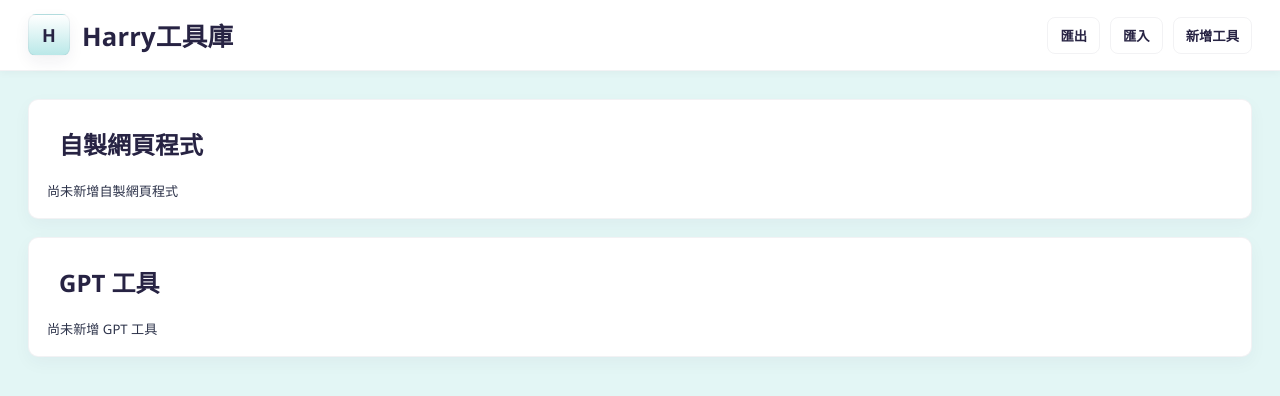
Repository: Harry985991/bmcvibecoding
Page: personal_tool_portal.html
The author's editor kept a copy of each file at every save. The page is drawn from the files as they stood at one save, then again after the next save.
The browser window is 1280 px wide. The pictures show the whole page.

Above is the page before, as saved 2025-08-22 22:54:07.

After the next save:
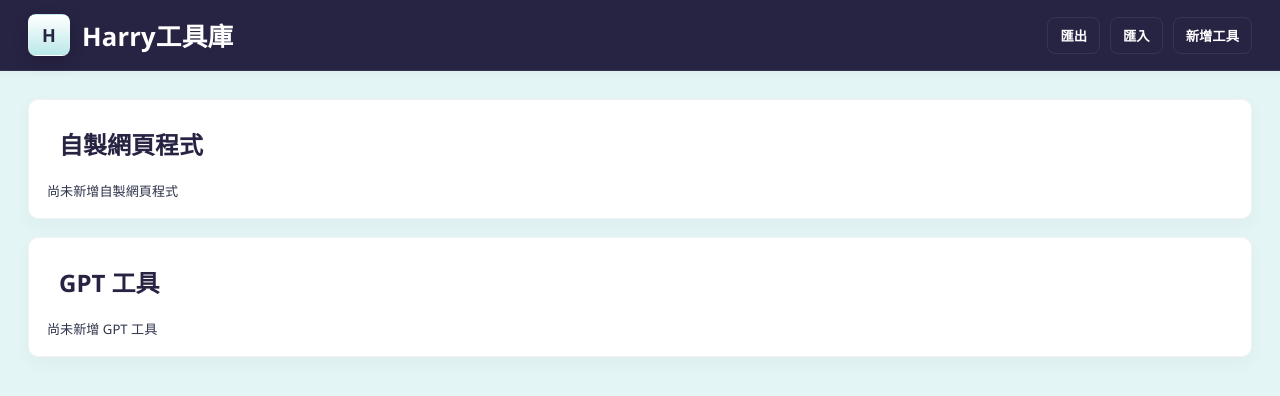
Saved 3 min 5 s later.
--- a/personal_tool_portal.html
+++ b/personal_tool_portal.html
@@ -8,6 +8,7 @@
 :root{
   --bg: #e3f6f5;           /* page background */
   --primary: #272343;      /* dark navy */
+  --banner: #272343;       /* banner color (attachment) */
   --muted: #2d334a;        /* paragraph */
   --accent: #ffd600;       /* accent (kept) */
   --teal: #bae8e8;         /* tag / light green-blue */
@@ -30,12 +31,12 @@ body {
 
 /* top white banner */
 header {
-  background: #ffffff;              /* clear white long bar */
+  background: var(--banner);              /* 改為附件深色 */
   padding: 14px 28px;
   display: flex;
   align-items: center;
   justify-content: space-between;
-  border-bottom: 1px solid rgba(39,35,67,0.06);
+  border-bottom: 1px solid rgba(255,255,255,0.06); /* 調整邊線為淺白 */
   box-shadow: 0 2px 8px rgba(16,24,40,0.04);
   position: sticky;
   top: 0;
@@ -56,42 +57,36 @@ header {
   display:inline-flex;
   align-items:center;
   justify-content:center;
-  color:var(--primary);
+  color:var(--banner); /* 讓 logo 內字與 banner 保持對比 */
   font-weight:700;
   font-size:18px;
-  border:1px solid rgba(39,35,67,0.06);
-  box-shadow:0 6px 16px rgba(39,35,67,0.06);
+  border:1px solid rgba(255,255,255,0.08); /* 淺白邊框 */
+  box-shadow:0 6px 16px rgba(0,0,0,0.16);
 }
 .header-title {
-  font-size:1.6rem; /* 放大標題 */
-  color:var(--primary);
+  font-size:1.6rem; /* 保留放大 */
+  color:#ffffff;
   font-weight:700;
   letter-spacing:0.2px;
 }
 
-/* header actions (right) */
+/* header actions (right) - white text, subtle white borders */
 .header-actions { display:flex; gap:10px; align-items:center; }
 
-/* subtle control buttons in header */
 .header-actions button, .header-actions a {
   background: transparent;
-  color: var(--primary);
-  border: 1px solid rgba(39,35,67,0.06);
+  color: #ffffff; /* 白字 */
+  border: 1px solid rgba(255,255,255,0.08);
   padding: 8px 12px;
   border-radius: 8px;
   font-weight:600;
   text-decoration:none;
   cursor:pointer;
 }
-.header-actions .primary-cta {
-  background: var(--primary);
-  color: #fff;
-  padding: 8px 14px;
-  border-radius: 999px;
-  font-weight:700;
-  box-shadow: 0 6px 18px rgba(39,35,67,0.08);
-}
-.header-actions button:hover, .header-actions a:hover { opacity:0.95; transform:translateY(-1px); }
+.header-actions button:hover, .header-actions a:hover {
+  background: rgba(255,255,255,0.04);
+  transform: translateY(-1px);
+}
 
 /* layout */
 main {
